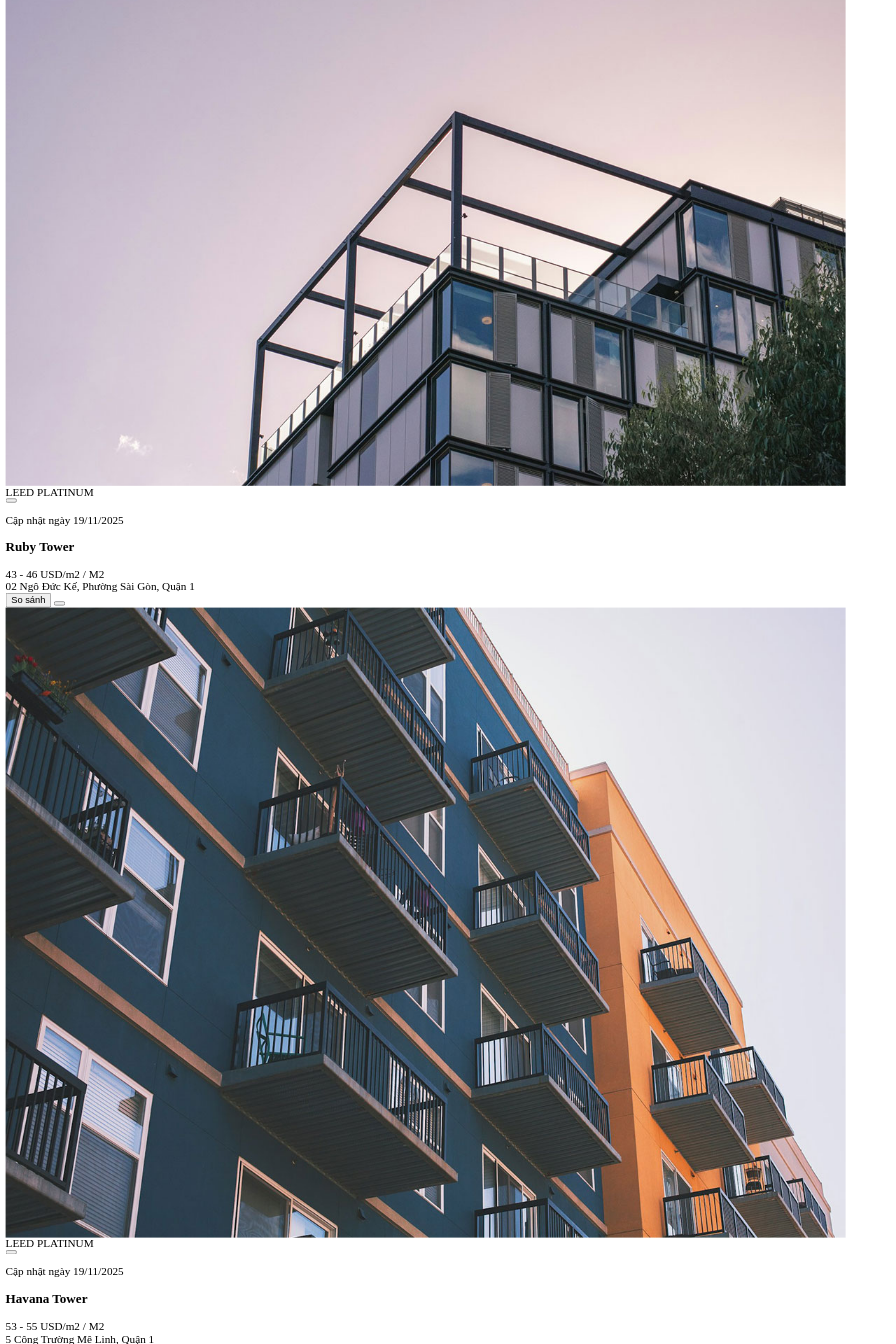
Repository: lannguyen1301/anphuholdings-main
Page: partials/office-rental/office-rental-ward-1.html
The author's editor kept a copy of each file at every save. The page is drawn from the files as they stood at one save, then again after the next save.
The browser window is 1280 px wide. The pictures show the part of the page from y = 4580 to 6500 px (the page is 8679 px tall before and 9579 px after), at 70% of full size.

Above is the page before, as saved 2025-12-31 15:53:18.

### partials/office-rental/office-rental-ward-1.html
<div class="container overflow-hidden py-8 px-4 office-rental-swipe-container">
    <div class="mb-8 flex gap-5 items-center justify-between">
        <h2 data-aos="fade-right" data-aos-duration="1000" data-aos-easing="ease-in-out"
            class="text-xl md:text-2xl lg:text-3xl font-bold text-navy line-clamp-1 overflow-ellipsis">
            VĂN PHÒNG CHO THUÊ QUẬN 1
        </h2>

        <div data-aos="fade-up" data-aos-duration="1000" data-aos-easing="ease-in-out"
            class="flex gap-1 md:gap-3 min-w-[80px]">
            <button
                class="rounded-lg bg-navy px-2 py-1 md:px-5 md:py-2 text-white transition hover:bg-navy-light flex justify-center items-center">
                <span class="hidden md:block text-md lg:text-lg">Xem toàn bộ</span>
                <i class="fa fa-eye block md:hidden text-xs sm:text-md"></i>
            </button>
            <button
                class="office-rental-swiper-prev rounded-lg border border-gray-300 p-1 md:p-2 transition hover:bg-gold/10 min-w-[22px]">
                <i class="fas fa-chevron-left text-navy text-xs sm:text-md md:text-lg lg:text-xl"></i>
            </button>
            <button
                class="office-rental-swiper-next rounded-lg border border-gray-300 p-1 md:p-2 transition hover:bg-gold/10 min-w-[22px]">
                <i class="fas fa-chevron-right text-navy text-xs sm:text-md md:text-lg lg:text-xl"></i>
            </button>
        </div>
    </div>

    <!-- Swiper -->
    <div data-aos="fade-left" data-aos-duration="1000" data-aos-easing="ease-in-out" data-aos-offset="150"
        class="office-rental-swiper overflow-hidden px-2 py-3">
        <div class="swiper-wrapper">
            <!-- Card 1 -->
            <div class="swiper-slide flex-shrink-0 overflow-hidden rounded-2xl shadow-md transition hover:shadow-xl border-4"
                style="width: 292px;" data-aos="fade-right">
                <div class="relative overflow-hidden">
                    <a href="van-phong-tron-goi-detail.html">
                        <div class="flex h-48 items-center justify-center bg-slate-200">
                            <img src="assets/images/detail/detail-1.jpg" alt=""
                                class="block w-full h-full object-cover aspect-4/3">
                        </div>
                    </a>
                    <div class="absolute left-3 top-2 rounded bg-gold px-2 py-1 text-xs font-semibold text-white">
                        LEED PLATINUM
                    </div>
                    <button class="absolute right-3 top-3 rounded-lg bg-white p-2 shadow transition hover:bg-gray-50">
                        <i class="far fa-heart text-gold"></i>
                    </button>
                </div>

                <div class="p-4">
                    <p class="mb-1 text-sm text-gray-500">
                        Cập nhật ngày 19/11/2025
                    </p>
                    <h3 class="mb-3 text-lg font-semibold text-navy overflow-ellipsis line-clamp-1">
                        Mê Linh Point Tower
                    </h3>

                    <div class="mb-2 flex items-center gap-2">
                        <i class="fas fa-tag text-sm text-navy"></i>
                        <span class="font-semibold text-gold">43 - 46 USD/m2</span>
                        <span class="text-gray-600">/ M2</span>
                    </div>

                    <div class="mb-4 flex items-start gap-2 text-sm text-gray-600">
                        <i class="fas fa-map-marker-alt mt-1 text-navy"></i>
                        <span class="w-full overflow-ellipsis line-clamp-1">02 Ngô Đức Kế, Phường Sài Gòn, Quận 1</span>
                    </div>

                    <div class="flex items-center justify-between">
                        <button
                            class="rounded-xl border border-navy px-4 py-2 text-sm text-navy transition hover:bg-navy hover:text-white">
                            So sánh
                        </button>
                        <button class="rounded-xl border border-gray-300 p-2 transition hover:bg-gold/10">
                            <i class="far fa-clone text-navy"></i>
                        </button>
                    </div>
                </div>
            </div>

            <!-- Card 2 -->
            <div class="swiper-slide flex-shrink-0 overflow-hidden rounded-2xl shadow-md transition hover:shadow-xl border-4"
                style="width: 292px;" data-aos="fade-right">
                <div class="relative overflow-hidden">
                    <a href="van-phong-tron-goi-detail.html">
                        <div class="flex h-48 items-center justify-center bg-slate-200">
                            <img src="assets/images/detail/detail-2.jpg" alt=""
                                class="block w-full h-full object-cover aspect-4/3">
                        </div>
                    </a>
                    <div class="absolute left-3 top-3 rounded bg-gold px-2 py-1 text-xs font-semibold text-white">
                        LEED PLATINUM
                    </div>
                    <button class="absolute right-3 top-3 rounded-lg bg-white p-2 shadow transition hover:bg-gray-50">
                        <i class="far fa-heart text-gold"></i>
                    </button>
                </div>

                <div class="p-4">
                    <p class="mb-1 text-sm text-gray-500">
                        Cập nhật ngày 19/11/2025
                    </p>
                    <h3 class="mb-3 text-lg font-semibold text-navy overflow-ellipsis line-clamp-1">
                        Vietcombank Tower
                    </h3>

                    <div class="mb-2 flex items-center gap-2">
                        <i class="fas fa-tag text-sm text-navy"></i>
                        <span class="font-semibold text-gold">53 - 55 USD/m2</span>
                        <span class="text-gray-600">/ M2</span>
                    </div>

                    <div class="mb-4 flex items-start gap-2 text-sm text-gray-600">
                        <i class="fas fa-map-marker-alt mt-1 text-navy"></i>
                        <span class="w-full overflow-ellipsis line-clamp-1">5 Công Trường Mê Linh, Quận 1</span>
                    </div>

                    <div class="flex items-center justify-between">
                        <button
                            class="rounded-xl border border-navy px-4 py-2 text-sm text-navy transition hover:bg-navy hover:text-white">
                            So sánh
                        </button>
                        <button class="rounded-xl border border-gray-300 p-2 transition hover:bg-gold/10">
                            <i class="far fa-clone text-navy"></i>
                        </button>
                    </div>
                </div>
            </div>

            <!-- Card 3 -->
            <div class="swiper-slide flex-shrink-0 overflow-hidden rounded-2xl shadow-md transition hover:shadow-xl border-4"
                style="width: 292px;" data-aos="fade-right">
                <div class="relative overflow-hidden">
                    <a href="van-phong-tron-goi-detail.html">
                        <div class="flex h-48 items-center justify-center bg-slate-200">
                            <img src="assets/images/detail/detail-3.jpg" alt=""
                                class="block w-full h-full object-cover aspect-4/3">
                        </div>
                    </a>
                    <div class="absolute left-3 top-3 rounded bg-gold px-2 py-1 text-xs font-semibold text-white">
                        LEED PLATINUM
                    </div>
                    <button class="absolute right-3 top-3 rounded-lg bg-white p-2 shadow transition hover:bg-gray-50">
                        <i class="far fa-heart text-gold"></i>
                    </button>
                </div>

                <div class="p-4">
                    <p class="mb-1 text-sm text-gray-500">
                        Cập nhật ngày 21/11/2025
                    </p>
                    <h3 class="mb-3 text-lg font-semibold text-navy overflow-ellipsis line-clamp-1">
                        Sonatus Building
                    </h3>

                    <div class="mb-2 flex items-center gap-2">
                        <i class="fas fa-tag text-sm text-navy"></i>
                        <span class="font-semibold text-gold">43 - 45 USD/m2</span>
                        <span class="text-gray-600">/ M2</span>
                    </div>

                    <div class="mb-4 flex items-start gap-2 text-sm text-gray-600">
                        <i class="fas fa-map-marker-alt mt-1 text-navy"></i>
                        <span class="w-full overflow-ellipsis line-clamp-1">15 Lê Thánh Tôn, Quận 1</span>
                    </div>

                    <div class="flex items-center justify-between">
                        <button
                            class="rounded-xl border border-navy px-4 py-2 text-sm text-navy transition hover:bg-navy hover:text-white">
                            So sánh
                        </button>
                        <button class="rounded-xl border border-gray-300 p-2 transition hover:bg-gold/10">
                            <i class="far fa-clone text-navy"></i>
                        </button>
                    </div>
                </div>
            </div>

            <!-- Card 4 -->
            <div class="swiper-slide flex-shrink-0 overflow-hidden rounded-2xl shadow-md transition hover:shadow-xl border-4"
                style="width: 292px;" data-aos="fade-right">
                <div class="relative overflow-hidden">
                    <a href="van-phong-tron-goi-detail.html">
                        <div class="flex h-48 items-center justify-center bg-slate-200">
                            <img src="assets/images/detail/detail-4.jpg" alt=""
                                class="block w-full h-full object-cover aspect-4/3">
                        </div>

                    </a>
                    <div class="absolute left-3 top-3 rounded bg-gold px-2 py-1 text-xs font-semibold text-white">
                        LEED PLATINUM
                    </div>
                    <button class="absolute right-3 top-3 rounded-lg bg-white p-2 shadow transition hover:bg-gray-50">
                        <i class="far fa-heart text-gold"></i>
                    </button>
                </div>

                <div class="p-4">
                    <p class="mb-1 text-sm text-gray-500">
                        Cập nhật ngày 20/11/2025
                    </p>
                    <h3 class="mb-3 text-lg font-semibold text-navy overflow-ellipsis line-clamp-1">
                        VOV Building
                    </h3>

                    <div class="mb-2 flex items-center gap-2">
                        <i class="fas fa-tag text-sm text-navy"></i>
                        <span class="font-semibold text-gold">21 - 25 USD/m2</span>
                        <span class="text-gray-600">/ M2</span>
                    </div>

                    <div class="mb-4 flex items-start gap-2 text-sm text-gray-600">
                        <i class="fas fa-map-marker-alt mt-1 text-navy"></i>
                        <span class="w-full overflow-ellipsis line-clamp-1">7 Nguyễn Thị Minh Khai, Quận 1</span>
                    </div>

                    <div class="flex items-center justify-between">
                        <button
                            class="rounded-xl border border-navy px-4 py-2 text-sm text-navy transition hover:bg-navy hover:text-white">
                            So sánh
                        </button>
                        <button class="rounded-xl border border-gray-300 p-2 transition hover:bg-gold/10">
                            <i class="far fa-clone text-navy"></i>
                        </button>
                    </div>
                </div>
            </div>
            <!-- Card 5 -->
            <div class="swiper-slide flex-shrink-0 overflow-hidden rounded-2xl shadow-md transition hover:shadow-xl border-4"
                style="width: 292px;" data-aos="fade-right">
                <div class="relative overflow-hidden">
                    <div class="flex h-48 items-center justify-center bg-slate-200">
                        <img src="assets/images/detail/detail-5.jpg" alt=""
                            class="block w-full h-full object-cover aspect-4/3">
                        <!-- <i class="fas fa-image text-5xl text-gray-400"></i> -->
                    </div>
                    <div class="absolute left-3 top-2 rounded bg-gold px-2 py-1 text-xs font-semibold text-white">
                        LEED PLATINUM
                    </div>
                    <button class="absolute right-3 top-3 rounded-lg bg-white p-2 shadow transition hover:bg-gray-50">
                        <i class="far fa-heart text-gold"></i>
                    </button>
                </div>

                <div class="p-4">
                    <p class="mb-1 text-sm text-gray-500">
                        Cập nhật ngày 19/11/2025
                    </p>
                    <h3 class="mb-3 text-lg font-semibold text-navy overflow-ellipsis line-clamp-1">
                        Ruby Tower
                    </h3>

                    <div class="mb-2 flex items-center gap-2">
                        <i class="fas fa-tag text-sm text-navy"></i>
                        <span class="font-semibold text-gold">43 - 46 USD/m2</span>
                        <span class="text-gray-600">/ M2</span>
                    </div>

                    <div class="mb-4 flex items-start gap-2 text-sm text-gray-600">
                        <i class="fas fa-map-marker-alt mt-1 text-navy"></i>
                        <span class="w-full overflow-ellipsis line-clamp-1">02 Ngô Đức Kế, Phường Sài Gòn, Quận 1</span>
                    </div>

                    <div class="flex items-center justify-between">
                        <button
                            class="rounded-xl border border-navy px-4 py-2 text-sm text-navy transition hover:bg-navy hover:text-white">
                            So sánh
                        </button>
                        <button class="rounded-xl border border-gray-300 p-2 transition hover:bg-gold/10">
                            <i class="far fa-clone text-navy"></i>
                        </button>
                    </div>
                </div>
            </div>

            <!-- Card 6 -->
            <div class="swiper-slide flex-shrink-0 overflow-hidden rounded-2xl shadow-md transition hover:shadow-xl border-4"
                style="width: 292px;" data-aos="fade-right">
                <div class="relative overflow-hidden">
                    <div class="flex h-48 items-center justify-center bg-slate-200">
                        <img src="assets/images/detail/detail-6.jpg" alt=""
                            class="block w-full h-full object-cover aspect-4/3">
                    </div>
                    <div class="absolute left-3 top-3 rounded bg-gold px-2 py-1 text-xs font-semibold text-white">
                        LEED PLATINUM
                    </div>
                    <button class="absolute right-3 top-3 rounded-lg bg-white p-2 shadow transition hover:bg-gray-50">
                        <i class="far fa-heart text-gold"></i>
                    </button>
                </div>

                <div class="p-4">
                    <p class="mb-1 text-sm text-gray-500">
                        Cập nhật ngày 19/11/2025
                    </p>
                    <h3 class="mb-3 text-lg font-semibold text-navy overflow-ellipsis line-clamp-1">
                        Havana Tower
                    </h3>

                    <div class="mb-2 flex items-center gap-2">
                        <i class="fas fa-tag text-sm text-navy"></i>
                        <span class="font-semibold text-gold">53 - 55 USD/m2</span>
                        <span class="text-gray-600">/ M2</span>
                    </div>

                    <div class="mb-4 flex items-start gap-2 text-sm text-gray-600">
                        <i class="fas fa-map-marker-alt mt-1 text-navy"></i>
                        <span class="w-full overflow-ellipsis line-clamp-1">5 Công Trường Mê Linh, Quận 1</span>
                    </div>

                    <div class="flex items-center justify-between">
                        <button
                            class="rounded-xl border border-navy px-4 py-2 text-sm text-navy transition hover:bg-navy hover:text-white">
                            So sánh
                        </button>
                        <button class="rounded-xl border border-gray-300 p-2 transition hover:bg-gold/10">
                            <i class="far fa-clone text-navy"></i>
                        </button>
                    </div>
                </div>
            </div>

            <!-- Card 7 -->
            <div class="swiper-slide flex-shrink-0 overflow-hidden rounded-2xl shadow-md transition hover:shadow-xl border-4"
                style="width: 292px;" data-aos="fade-right">
                <div class="relative overflow-hidden">
                    <div class="flex h-48 items-center justify-center bg-slate-200">
                        <img src="assets/images/detail/detail-7.jpg" alt=""
                            class="block w-full h-full object-cover aspect-4/3">
                    </div>
                    <div class="absolute left-3 top-3 rounded bg-gold px-2 py-1 text-xs font-semibold text-white">
                        LEED PLATINUM
                    </div>
                    <button class="absolute right-3 top-3 rounded-lg bg-white p-2 shadow transition hover:bg-gray-50">
                        <i class="far fa-heart text-gold"></i>
                    </button>
                </div>

                <div class="p-4">
                    <p class="mb-1 text-sm text-gray-500">
                        Cập nhật ngày 21/11/2025
                    </p>
                    <h3 class="mb-3 text-lg font-semibold text-navy overflow-ellipsis line-clamp-1">
                        The Nexus
                    </h3>

                    <div class="mb-2 flex items-center gap-2">
                        <i class="fas fa-tag text-sm text-navy"></i>
                        <span class="font-semibold text-gold">43 - 45 USD/m2</span>
                        <span class="text-gray-600">/ M2</span>
                    </div>

                    <div class="mb-4 flex items-start gap-2 text-sm text-gray-600">
                        <i class="fas fa-map-marker-alt mt-1 text-navy"></i>
                        <span class="w-full overflow-ellipsis line-clamp-1">15 Lê Thánh Tôn, Quận 1</span>
                    </div>

                    <div class="flex items-center justify-between">
                        <button
                            class="rounded-xl border border-navy px-4 py-2 text-sm text-navy transition hover:bg-navy hover:text-white">
                            So sánh
                        </button>
                        <button class="rounded-xl border border-gray-300 p-2 transition hover:bg-gold/10">
                            <i class="far fa-clone text-navy"></i>
                        </button>
                    </div>
                </div>
            </div>

            <!-- Card 8 -->
            <div class="swiper-slide flex-shrink-0 overflow-hidden rounded-2xl shadow-md transition hover:shadow-xl border-4"
                style="width: 292px;" data-aos="fade-right">
                <div class="relative overflow-hidden">
                    <div class="flex h-48 items-center justify-center bg-slate-200">
                        <img src="assets/images/detail/detail-8.jpg" alt=""
                            class="block w-full h-full object-cover aspect-4/3">
                    </div>
                    <div class="absolute left-3 top-3 rounded bg-gold px-2 py-1 text-xs font-semibold text-white">
                        LEED PLATINUM
                    </div>
                    <button class="absolute right-3 top-3 rounded-lg bg-white p-2 shadow transition hover:bg-gray-50">
                        <i class="far fa-heart text-gold"></i>
                    </button>
                </div>

                <div class="p-4">
                    <p class="mb-1 text-sm text-gray-500">
                        Cập nhật ngày 20/11/2025
                    </p>
                    <h3 class="mb-3 text-lg font-semibold text-navy overflow-ellipsis line-clamp-1">
                        Saigon Marina IFC
                    </h3>

                    <div class="mb-2 flex items-center gap-2">
                        <i class="fas fa-tag text-sm text-navy"></i>
                        <span class="font-semibold text-gold">21 - 25 USD/m2</span>
                        <span class="text-gray-600">/ M2</span>
                    </div>

                    <div class="mb-4 flex items-start gap-2 text-sm text-gray-600">
                        <i class="fas fa-map-marker-alt mt-1 text-navy"></i>
                        <span class="w-full overflow-ellipsis line-clamp-1">7 Nguyễn Thị Minh Khai, Quận 1</span>
                    </div>

                    <div class="flex items-center justify-between">
                        <button
                            class="rounded-xl border border-navy px-4 py-2 text-sm text-navy transition hover:bg-navy hover:text-white">
                            So sánh
                        </button>
                        <button class="rounded-xl border border-gray-300 p-2 transition hover:bg-gold/10">
                            <i class="far fa-clone text-navy"></i>
                        </button>
                    </div>
                </div>
            </div>
        </div>
    </div>
</div>

After the next save:
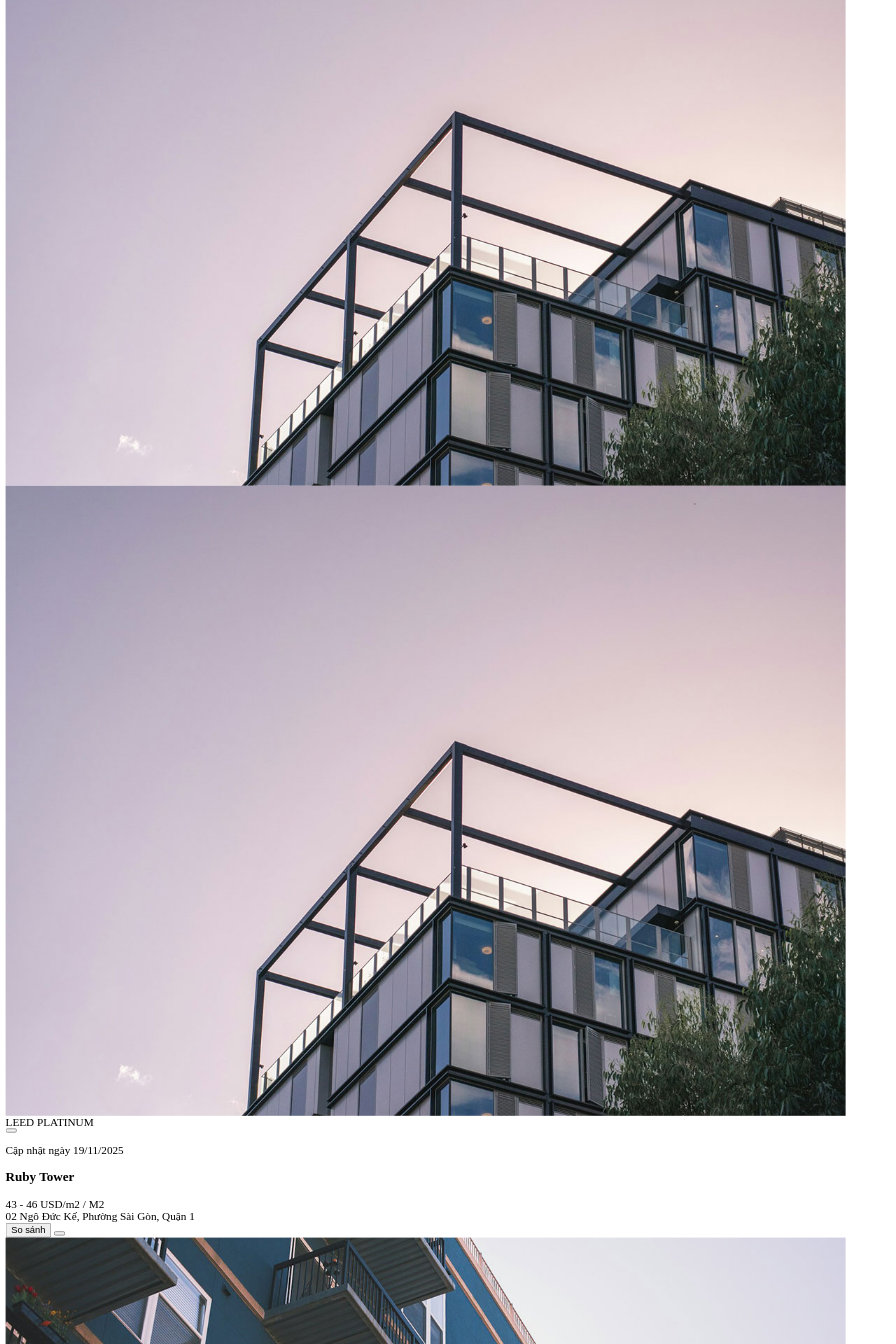
Saved 37 s later.
--- a/partials/office-rental/office-rental-ward-1.html
+++ b/partials/office-rental/office-rental-ward-1.html
@@ -227,6 +227,12 @@
             <div class="swiper-slide flex-shrink-0 overflow-hidden rounded-2xl shadow-md transition hover:shadow-xl border-4"
                 style="width: 292px;" data-aos="fade-right">
                 <div class="relative overflow-hidden">
+                    <a href="van-phong-tron-goi-detail.html">
+                        <div class="flex h-48 items-center justify-center bg-slate-200">
+                            <img src="assets/images/detail/detail-5.jpg" alt=""
+                                class="block w-full h-full object-cover aspect-4/3">
+                        </div>
+                    </a>
                     <div class="flex h-48 items-center justify-center bg-slate-200">
                         <img src="assets/images/detail/detail-5.jpg" alt=""
                             class="block w-full h-full object-cover aspect-4/3">
